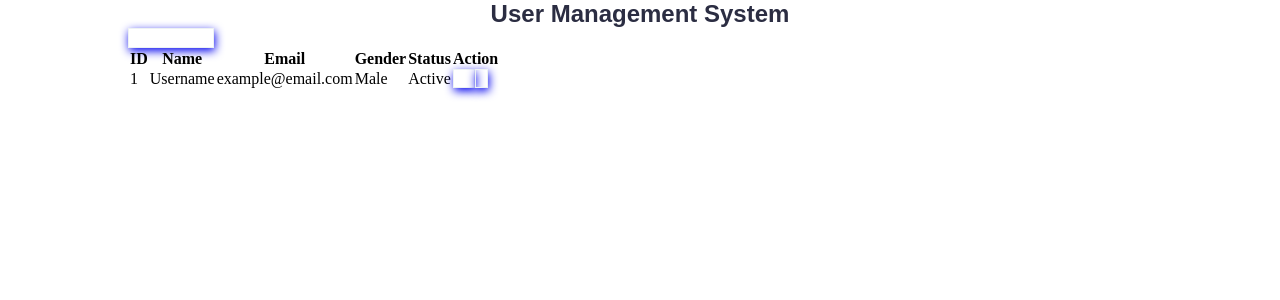
Repository: neeteshraj/CRUD
Page: views/index.html
The author's editor kept a copy of each file at every save. The page is drawn from the files as they stood at one save, then again after the next save.
The browser window is 1280 px wide. The pictures show the whole page.
Some web fonts or font styles are not loaded; a fallback is used.

Above is the page before, as saved 2021-01-08 19:06:14.

### views/index.html
<!DOCTYPE html>
<!--[if lt IE 7]>      <html class="no-js lt-ie9 lt-ie8 lt-ie7"> <![endif]-->
<!--[if IE 7]>         <html class="no-js lt-ie9 lt-ie8"> <![endif]-->
<!--[if IE 8]>         <html class="no-js lt-ie9"> <![endif]-->
<!--[if gt IE 8]>      <html class="no-js"> <![endif]-->
<html>

<head>
    <meta charset="utf-8">
    <meta http-equiv="X-UA-Compatible" content="IE=edge">
    <title>CRUD APPLICATION</title>
    <meta name="description" content="">
    <meta name="viewport" content="width=device-width, initial-scale=1">
    <link rel="stylesheet" href="../assets/css/style.css">
    <link rel="stylesheet" href="https://cdnjs.cloudflare.com/ajax/libs/font-awesome/5.15.1/css/all.min.css" integrity="sha512-+4zCK9k+qNFUR5X+cKL9EIR+ZOhtIloNl9GIKS57V1MyNsYpYcUrUeQc9vNfzsWfV28IaLL3i96P9sdNyeRssA==" crossorigin="anonymous" />
</head>

<body>
    <!--[if lt IE 7]>
            <p class="browsehappy">You are using an <strong>outdated</strong> browser. Please <a href="#">upgrade your browser</a> to improve your experience.</p>
        <![endif]-->

    <script src="" async defer></script>
    <!--header-->
    <header id="header">
        <nav>
            <div class="container">
                <div class="text-center">
                    <a href="/" class="nav-brand text-dark">User Management System</a>
                </div>
            </div>
        </nav>
    </header>
    <!--/header-->

    <!--main section-->
    <main id="site-main">
        <div class="container">
            <div class="box-nav d-flex justify-between">
                <a href="/add-user" class="border-shadow">
                    <span class="text-gradient">New User<i class="fas fa-user"></i></span>
                </a>
            </div>
            <!--form handling-->
            <form action="/" method="POST">
                <table class="table">
                    <thead class="thead-dark">
                        <tr>
                            <th>ID</th>
                            <th>Name</th>
                            <th>Email</th>
                            <th>Gender</th>
                            <th>Status</th>
                            <th>Action</th>
                        </tr>
                    </thead>
                    <tbody>
                        <tr>
                            <td>1</td>
                            <td>Username</td>
                            <td>example@email.com</td>
                            <td>Male</td>
                            <td>Active</td>
                            <td>
                                <a href="#" class="btn border-shadow update">
                                    <span class="text-gradient"><i class="fas fa-pencil-alt"></i></span>
                                </a>
                                <a href="#" class="btn border-shadow delete">
                                    <span class="text-gradient"><i class="fas fa-times"></i></span>
                                </a>
                            </td>

                        </tr>
                    </tbody>

                </table>
            </form>
            <!--form handling-->
        </div>
    </main>
    <!--/main section-->
</body>

</html>

### assets/css/style.css
@import url('https://fonts.googleapis.com/css2?family=Barlow&family=PT+Sans&display=swap');
:root {
    --dark: #2b2d42;
    --light: #adb5db;
    --border: #dee2e6;
    --border-btn: #edf2f4;
}

* {
    padding: 0;
    margin: 0;
    box-sizing: border-box;
}

a {
    text-decoration: none;
    font-family: 'PT Sans', sans-serif;
}

.container {
    max-width: 1024px;
    margin: auto;
}

.nav-brand {
    font-size: 1.5em;
    font-weight: bold;
}

.d-flex {
    display: flex;
    flexp-wrap: wrap;
}

.justify-between {
    justify-content: space-between;
}

.text-center {
    text-align: center;
}

.border-shadow {
    border: 1px solid var(--border-btn);
    box-shadow: 1px 3px 10px;
}

.text-dark {
    color: var(--dark);
}

.inline {
    display: inline-block;
}

.text-light {
    color: var(--light);
}

.text-gradient {
    background: : linear-gradient(to right, #8e2de2, #4a00e0);
    -webkit-background-clip: text;
    background-clip: text;
    -webkit-text-fill-color: transparent;
}

After the next save:
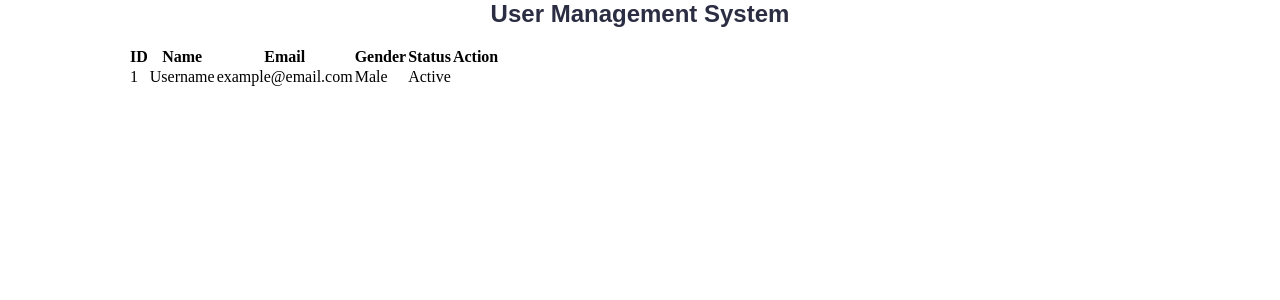
Saved 11 s later.
--- a/assets/css/style.css
+++ b/assets/css/style.css
@@ -40,11 +40,6 @@
     text-align: center;
 }
 
-.border-shadow {
-    border: 1px solid var(--border-btn);
-    box-shadow: 1px 3px 10px;
-}
-
 .text-dark {
     color: var(--dark);
 }

After the save that followed:
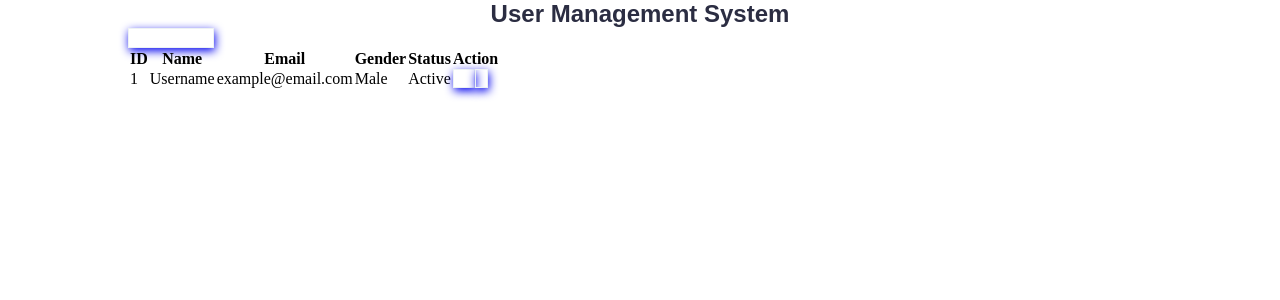
Saved 7 s later.
--- a/assets/css/style.css
+++ b/assets/css/style.css
@@ -40,6 +40,11 @@
     text-align: center;
 }
 
+.border-shadow {
+    border: 1px solid var(--border-btn);
+    box-shadow: 1px 3px 10px;
+}
+
 .text-dark {
     color: var(--dark);
 }
